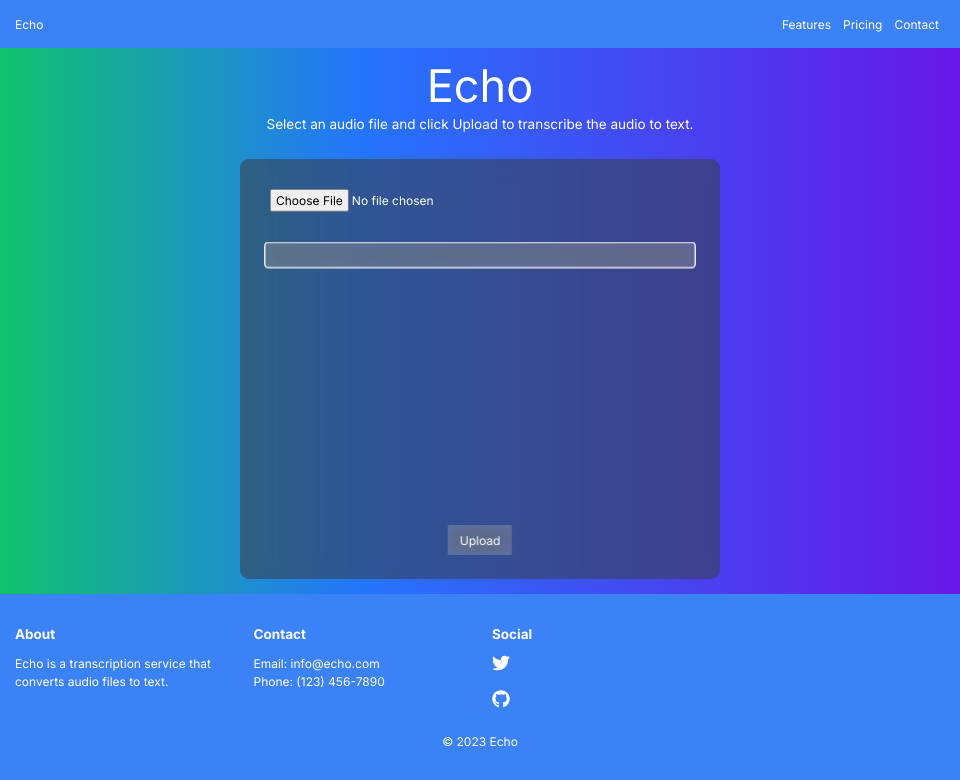
Repository: MikeeBuilds/whisperer
Page: /
An editor plug-in stored every save of this project. The page is shown before and after the next save, followed by the edit.
The browser window is 1280 px wide. The pictures show the whole page, at 75% of full size.
The project was rebuilt for these pictures with package versions that can differ from the ones it lists, and the page was loaded fresh each time. The framework's server and built-in components were replaced by stand-ins that run in the browser. Also part of the build but not shown: next.config.js.

Above is the page before, as saved 2023-06-26 16:40:10.

After the next save:
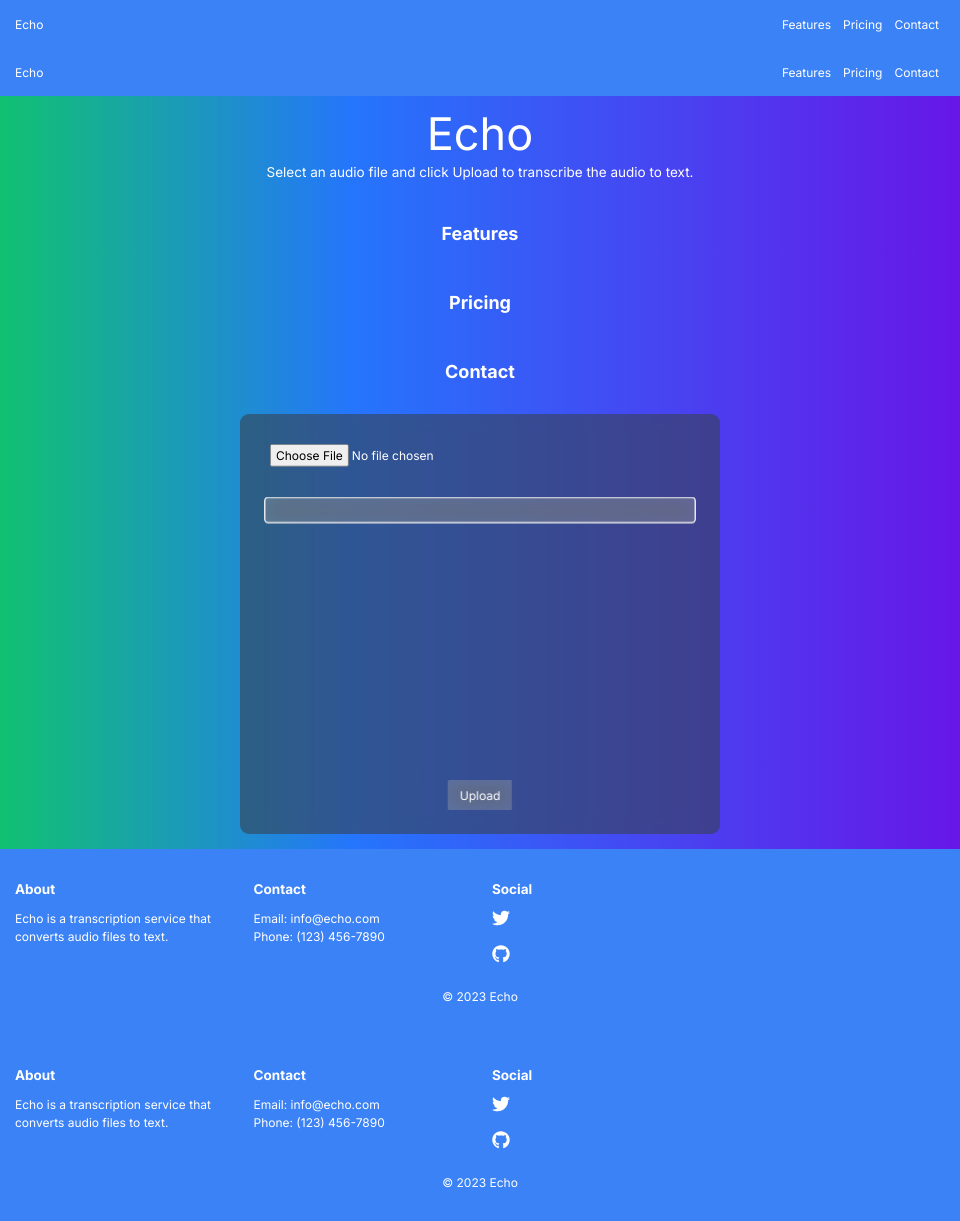
Saved 90 s later.
--- a/src/app/page.tsx
+++ b/src/app/page.tsx
@@ -1,6 +1,5 @@
-'use client'
-
 import { useState } from "react"
+import Layout from './components/Layout';
 import Features from './components/Features';
 import Pricing from './components/Pricing';
 import Contact from './components/Contact';
@@ -56,28 +55,33 @@
   };
 
   return (
-    <main className="flex min-h-screen flex-col items-center justify-center px-24 py-5">
-      <h1 className="text-6xl font-sans mb-2 text-white">Echo</h1>
-      <p className="text-lg font-sans mb-8 text-white">Select an audio file and click Upload to transcribe the audio to text.</p>
+    <Layout>
+      <main className="flex-grow flex flex-col items-center justify-center px-24 py-5">
+        <h1 className="text-6xl font-sans mb-2 text-white">Echo</h1>
+        <p className="text-lg font-sans mb-8 text-white">Select an audio file and click Upload to transcribe the audio to text.</p>
 
+        <Features />
+        <Pricing />
+        <Contact />
 
-      <div className="flex h-[35rem] w-[40rem] flex-col items-center bg-gray-700 rounded-xl p-8 backdrop-blur-md bg-opacity-60">
-        <div className="h-full flex flex-col gap-4 overflow-y-auto w-full">
-          <input type="file" accept=".wav, .mp3" onChange={handleFileChange} className="mb-4 p-2" />
+        <div className="flex h-[35rem] w-[40rem] flex-col items-center bg-gray-700 rounded-xl p-8 backdrop-blur-md bg-opacity-60">
+          <div className="h-full flex flex-col gap-4 overflow-y-auto w-full">
+            <input type="file" accept=".wav, .mp3" onChange={handleFileChange} className="mb-4 p-2" />
 
-          <div className="w-full h-max border-2 break-words p-4 bg-white bg-opacity-20 rounded-md backdrop-blur-md">
-            {isLoading ? "Loading..." : response ? response : ""}
+            <div className="w-full h-max border-2 break-words p-4 bg-white bg-opacity-20 rounded-md backdrop-blur-md">
+              {isLoading ? "Loading..." : response ? response : ""}
+            </div>
+          </div>
+          <div className="w-full mt-4 flex justify-center">
+            <button
+              onClick={callGetTranscription}
+              className="w-max bg-white bg-opacity-20 px-4 py-2 rounded-sm hover:bg-opacity-30 transition-colors duration-200 backdrop-blur-md"
+            >
+              Upload
+            </button>
           </div>
         </div>
-        <div className="w-full mt-4 flex justify-center">
-          <button
-            onClick={callGetTranscription}
-            className="w-max bg-white bg-opacity-20 px-4 py-2 rounded-sm hover:bg-opacity-30 transition-colors duration-200 backdrop-blur-md"
-          >
-            Upload
-          </button>
-        </div>
-      </div>
-    </main>
+      </main>
+    </Layout>
   );
 }

After the 5 saves that followed:
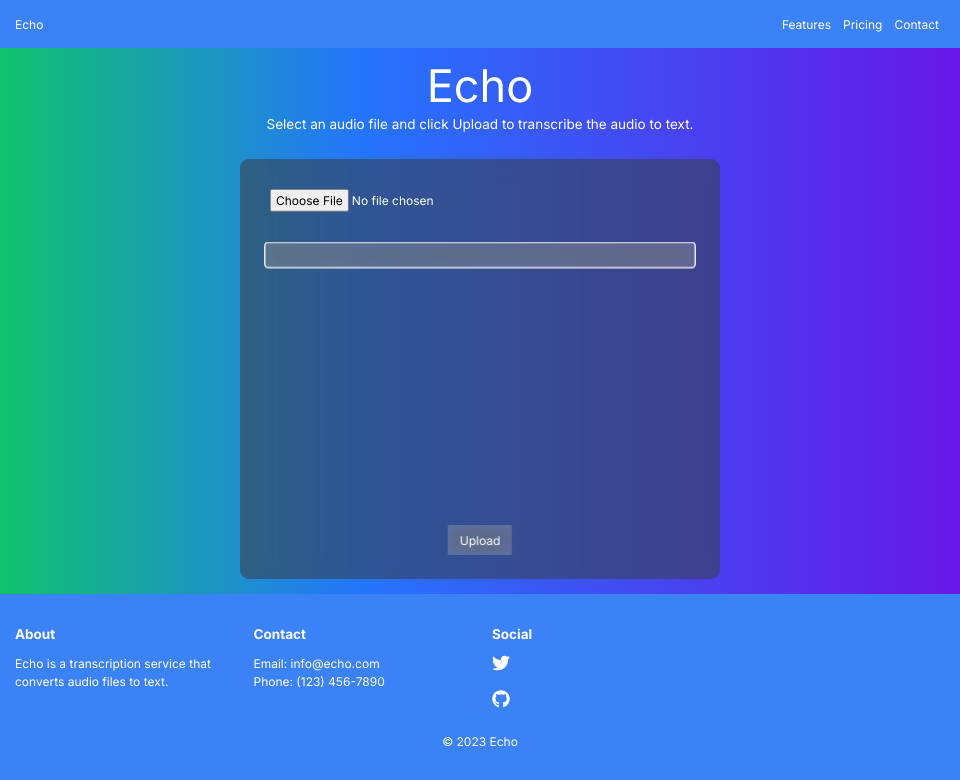
The 5 saves are shown as one change because 4 left the picture as it was.
The last was saved 2 min 42 s later.
--- a/src/app/page.tsx
+++ b/src/app/page.tsx
@@ -1,5 +1,6 @@
+'use client'
+
 import { useState } from "react"
-import Layout from './components/Layout';
 import Features from './components/Features';
 import Pricing from './components/Pricing';
 import Contact from './components/Contact';
@@ -55,33 +56,28 @@
   };
 
   return (
-    <Layout>
-      <main className="flex-grow flex flex-col items-center justify-center px-24 py-5">
-        <h1 className="text-6xl font-sans mb-2 text-white">Echo</h1>
-        <p className="text-lg font-sans mb-8 text-white">Select an audio file and click Upload to transcribe the audio to text.</p>
+    <main className="flex min-h-screen flex-col items-center justify-center px-24 py-5">
+      <h1 className="text-6xl font-sans mb-2 text-white">Echo</h1>
+      <p className="text-lg font-sans mb-8 text-white">Select an audio file and click Upload to transcribe the audio to text.</p>
 
-        <Features />
-        <Pricing />
-        <Contact />
 
-        <div className="flex h-[35rem] w-[40rem] flex-col items-center bg-gray-700 rounded-xl p-8 backdrop-blur-md bg-opacity-60">
-          <div className="h-full flex flex-col gap-4 overflow-y-auto w-full">
-            <input type="file" accept=".wav, .mp3" onChange={handleFileChange} className="mb-4 p-2" />
+      <div className="flex h-[35rem] w-[40rem] flex-col items-center bg-gray-700 rounded-xl p-8 backdrop-blur-md bg-opacity-60">
+        <div className="h-full flex flex-col gap-4 overflow-y-auto w-full">
+          <input type="file" accept=".wav, .mp3" onChange={handleFileChange} className="mb-4 p-2" />
 
-            <div className="w-full h-max border-2 break-words p-4 bg-white bg-opacity-20 rounded-md backdrop-blur-md">
-              {isLoading ? "Loading..." : response ? response : ""}
-            </div>
-          </div>
-          <div className="w-full mt-4 flex justify-center">
-            <button
-              onClick={callGetTranscription}
-              className="w-max bg-white bg-opacity-20 px-4 py-2 rounded-sm hover:bg-opacity-30 transition-colors duration-200 backdrop-blur-md"
-            >
-              Upload
-            </button>
+          <div className="w-full h-max border-2 break-words p-4 bg-white bg-opacity-20 rounded-md backdrop-blur-md">
+            {isLoading ? "Loading..." : response ? response : ""}
           </div>
         </div>
-      </main>
-    </Layout>
+        <div className="w-full mt-4 flex justify-center">
+          <button
+            onClick={callGetTranscription}
+            className="w-max bg-white bg-opacity-20 px-4 py-2 rounded-sm hover:bg-opacity-30 transition-colors duration-200 backdrop-blur-md"
+          >
+            Upload
+          </button>
+        </div>
+      </div>
+    </main>
   );
 }
